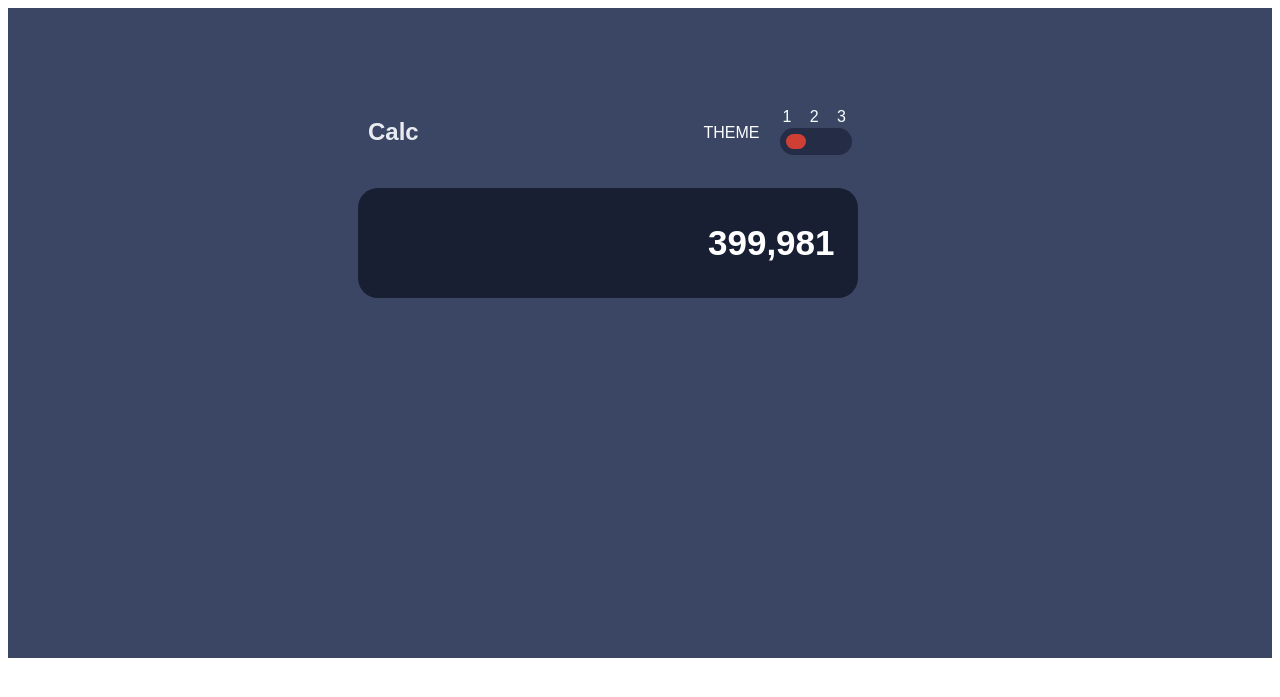
Repository: Bakyproit/Calcutor
Page: SimpleCalculatorApp.html
The author's editor kept a copy of each file at every save. The page is drawn from the files as they stood at one save, then again after the next save.
The browser window is 1280 px wide. The pictures show the whole page.

Above is the page before, as saved 2022-02-09 16:10:23.

After the next save:
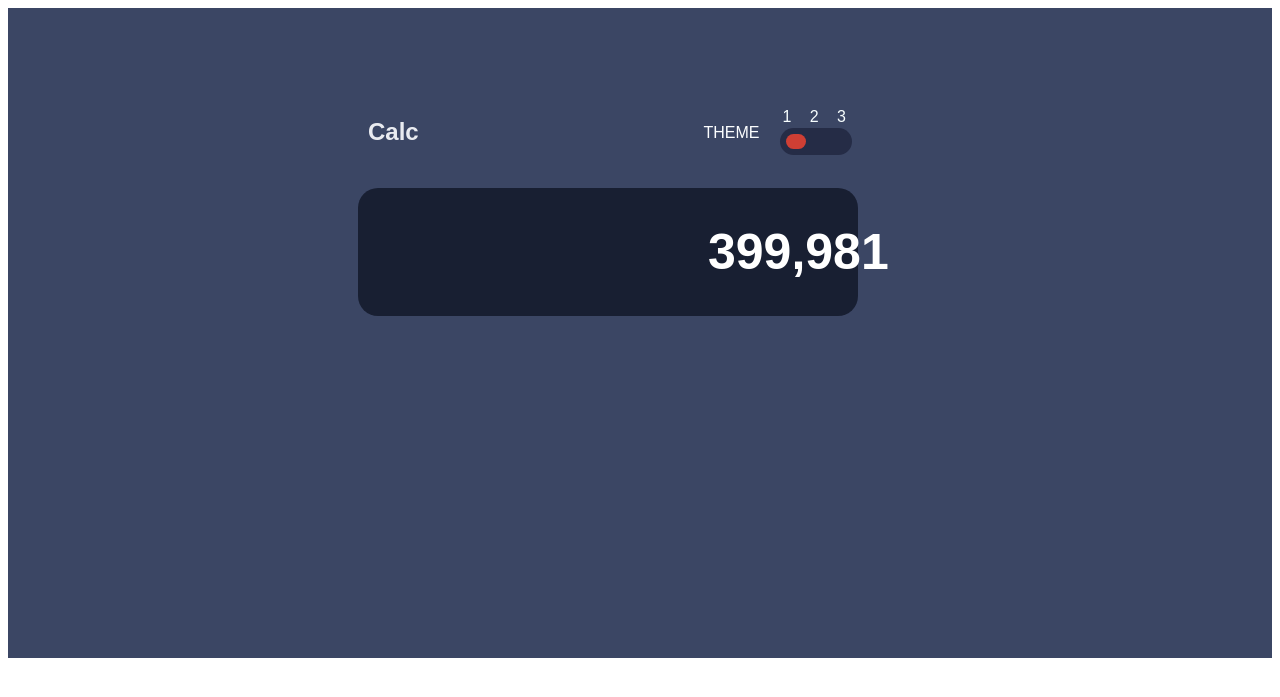
Saved 5 s later.
--- a/asset/App.css
+++ b/asset/App.css
@@ -97,6 +97,6 @@ h1{
     padding: 35px 0 ;
     padding-left: 350px;
     color: #fff ;
-    font-size: 35px;
+    font-size: 50px;
 
 }
